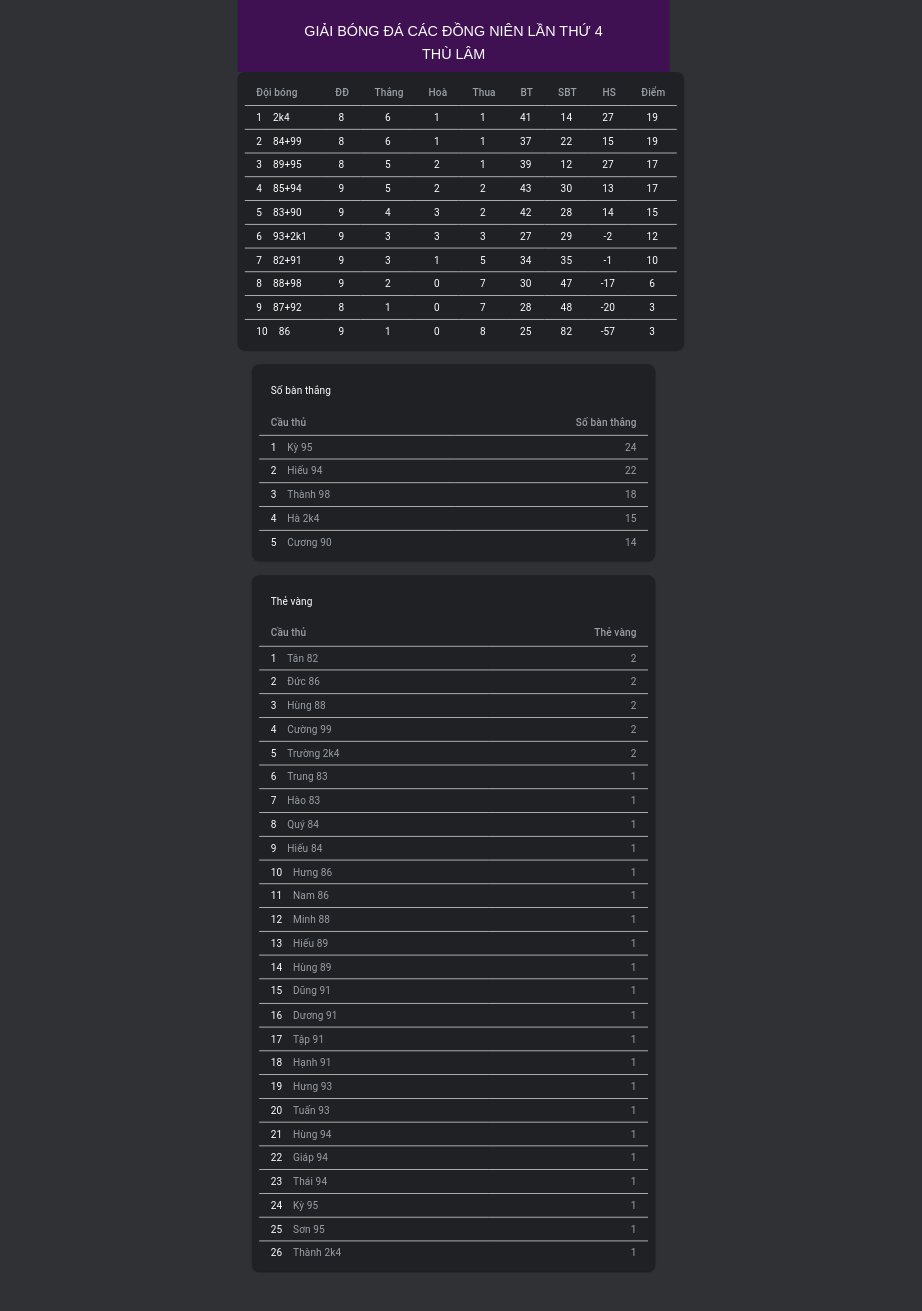
Repository: tuan842001/thulam
Page: /
An editor plug-in stored every save of this project. The page is shown before and after the next save, followed by the edit.
The browser window is 1280 px wide. The pictures show the whole page, at 72% of full size.
The project was rebuilt for these pictures with package versions that can differ from the ones it lists, and the page was loaded fresh each time.

Above is the page before, as saved 2022-01-11 16:11:16.

After the next save:
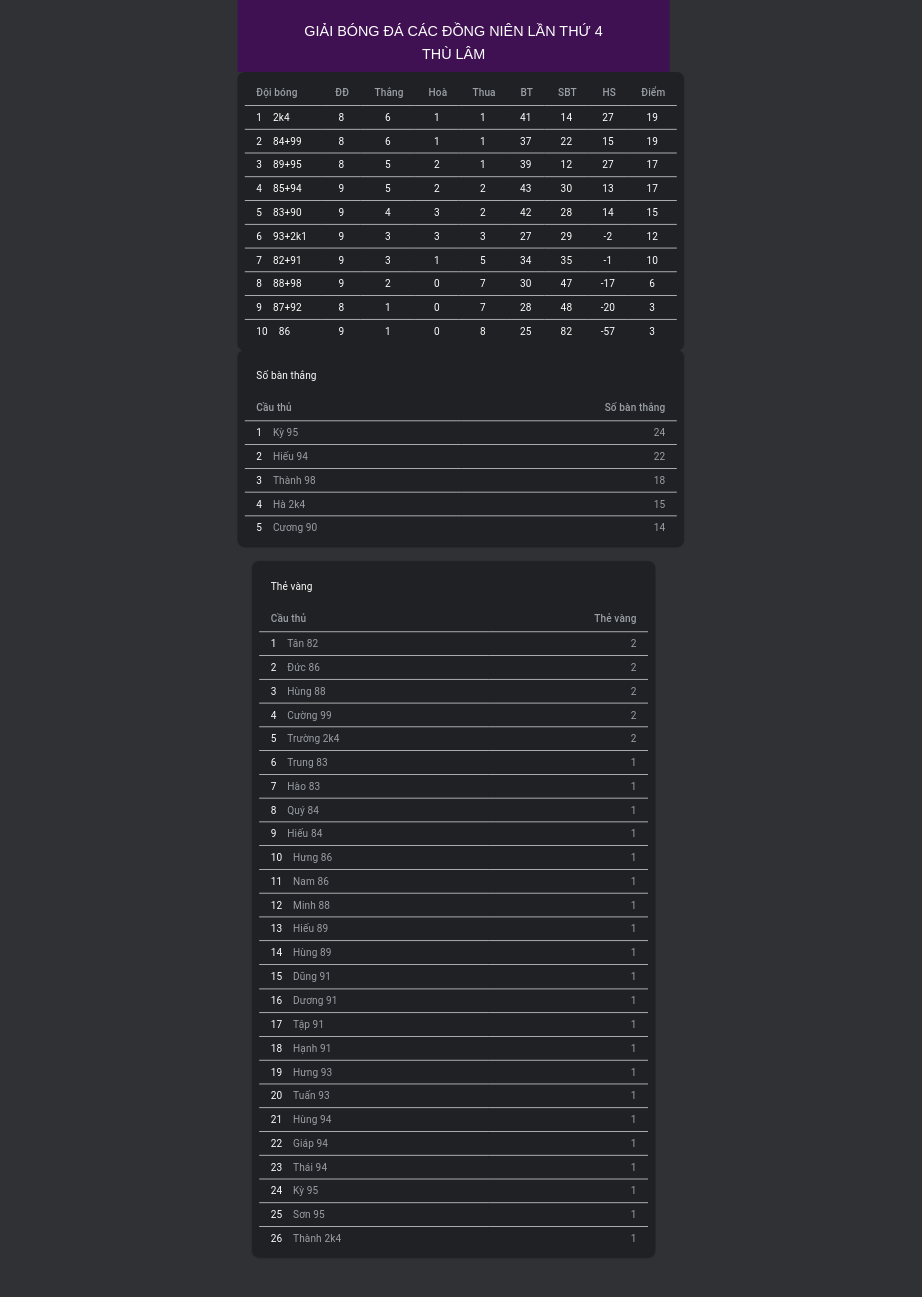
Saved 39 s later.
--- a/src/pages/statistical/Statistical.jsx
+++ b/src/pages/statistical/Statistical.jsx
@@ -30,8 +30,6 @@ export default function Statistical() {
       style={{
         backgroundColor: "#202124",
         color: "#FFFF",
-        margin: "20px",
-        width: "560px",
         borderRadius: "10px",
         padding: "10px",
       }}
